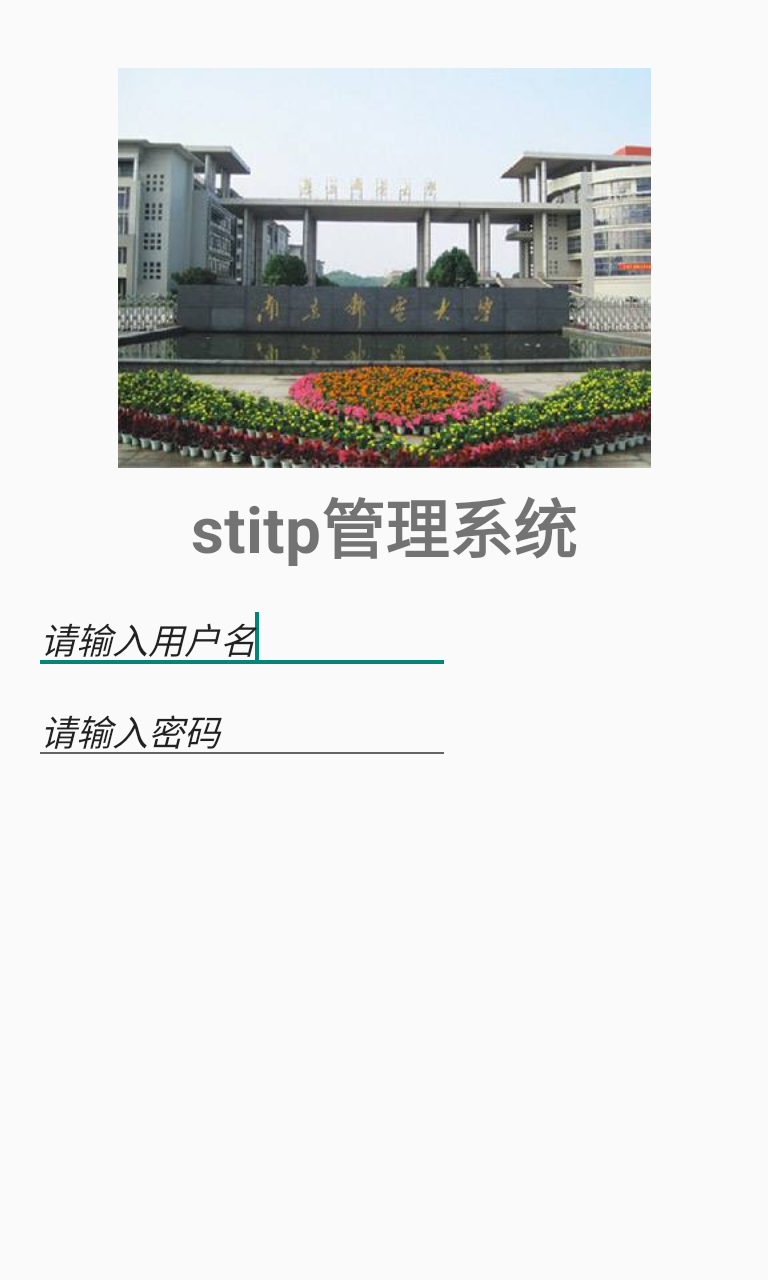
Repository: weizhaopeng/zhou_stitp
Layout: workspace/zhou/res/layout/fragment_main.xml
An editor plug-in stored every save of this project. The layout is shown before and after the next save, followed by the edit.
It is drawn on a 768 x 1280 px phone screen (xhdpi) without system bars, with theme AppTheme; the app's code is not run.

Above is the layout before, as saved 2018-11-28 03:21:13.

After the next save:
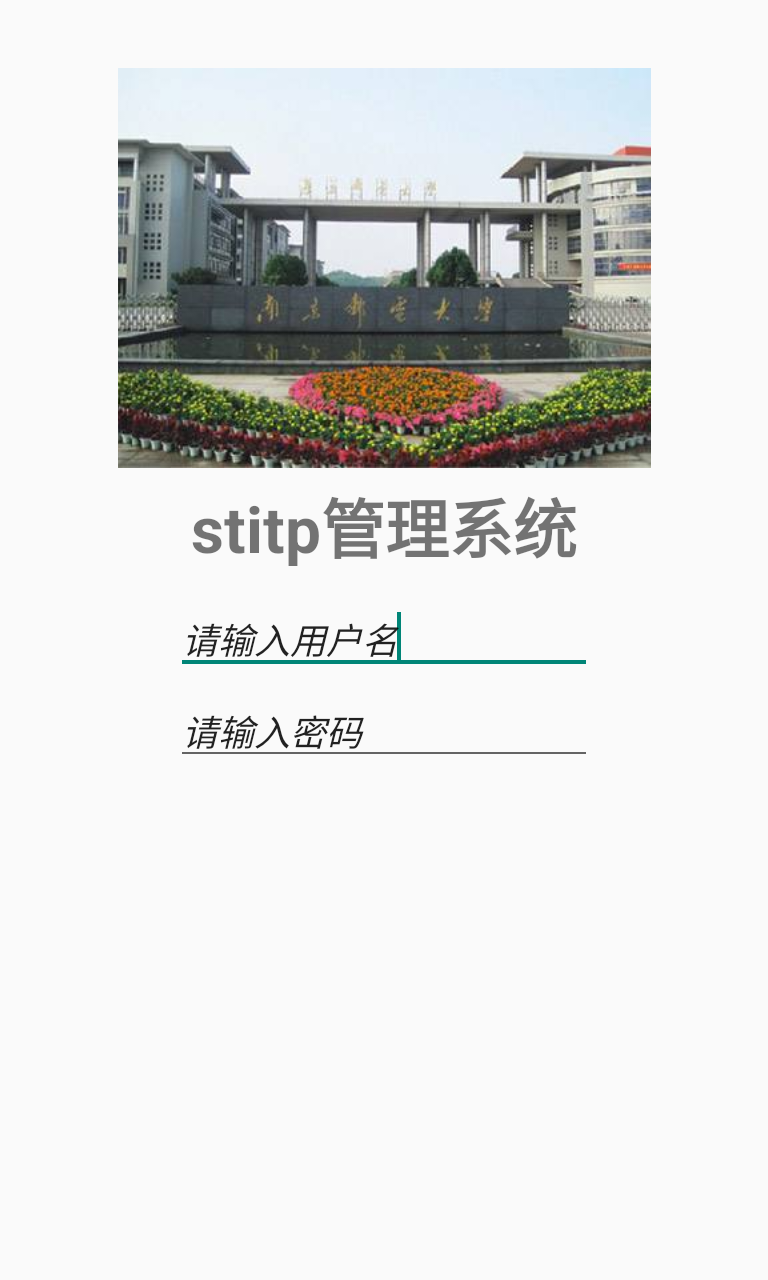
Saved 56 s later.
--- a/workspace/zhou/res/layout/fragment_main.xml
+++ b/workspace/zhou/res/layout/fragment_main.xml
@@ -47,6 +47,7 @@
             android:id="@+id/main_input1"
             android:layout_width="wrap_content"
             android:layout_height="wrap_content"
+            android:layout_gravity="center_horizontal"
             android:layout_alignLeft="@+id/main_njupt"
             android:layout_below="@+id/main_title"
             android:layout_marginTop="10dp"
@@ -59,6 +60,7 @@
             android:id="@+id/main_input2"
             android:layout_width="wrap_content"
             android:layout_height="wrap_content"
+            android:layout_gravity="center_horizontal"
             android:ems="10"
             android:layout_below="@+id/main_input1"
             android:layout_marginTop="3dp"
